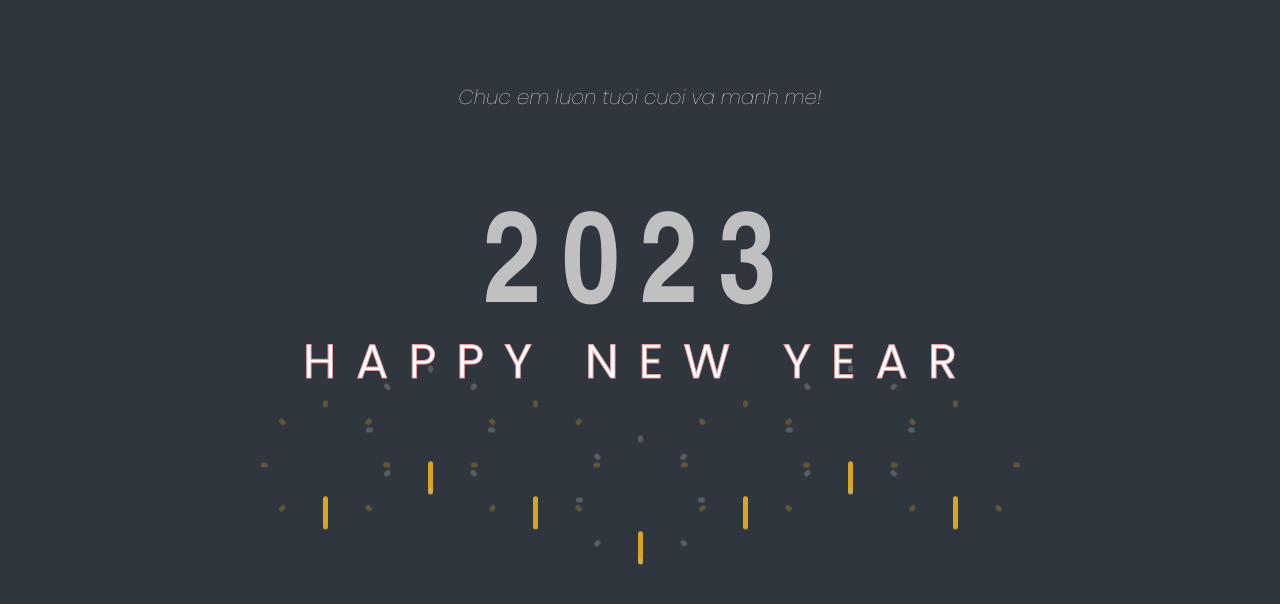
Repository: northpx/happyNY
Page: index.html
These files come from the project's save history. The page is drawn as it stood at one moment and after the next save; the edit follows.
The browser window is 1280 px wide. The pictures show the whole page.

Above is the page before, as saved 2022-12-31 13:26:55.

After the next save:
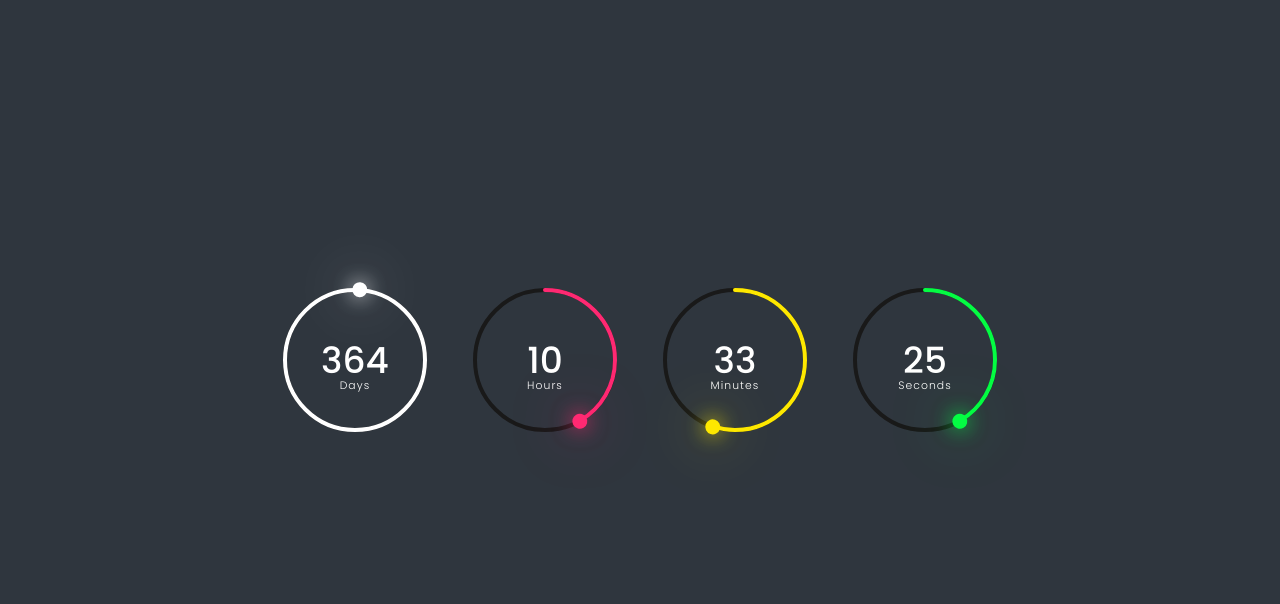
Saved 13 s later.
--- a/index.html
+++ b/index.html
@@ -244,7 +244,7 @@
         let min_dot = document.querySelector(".min_dot")
         let sec_dot = document.querySelector(".sec_dot")
 
-        let endDate = '12/31/2022 00:00:00'
+        let endDate = '12/31/2023 00:00:00'
 
         let x = setInterval(function(){
             let now = new Date(endDate).getTime();

After the 2 saves that followed:
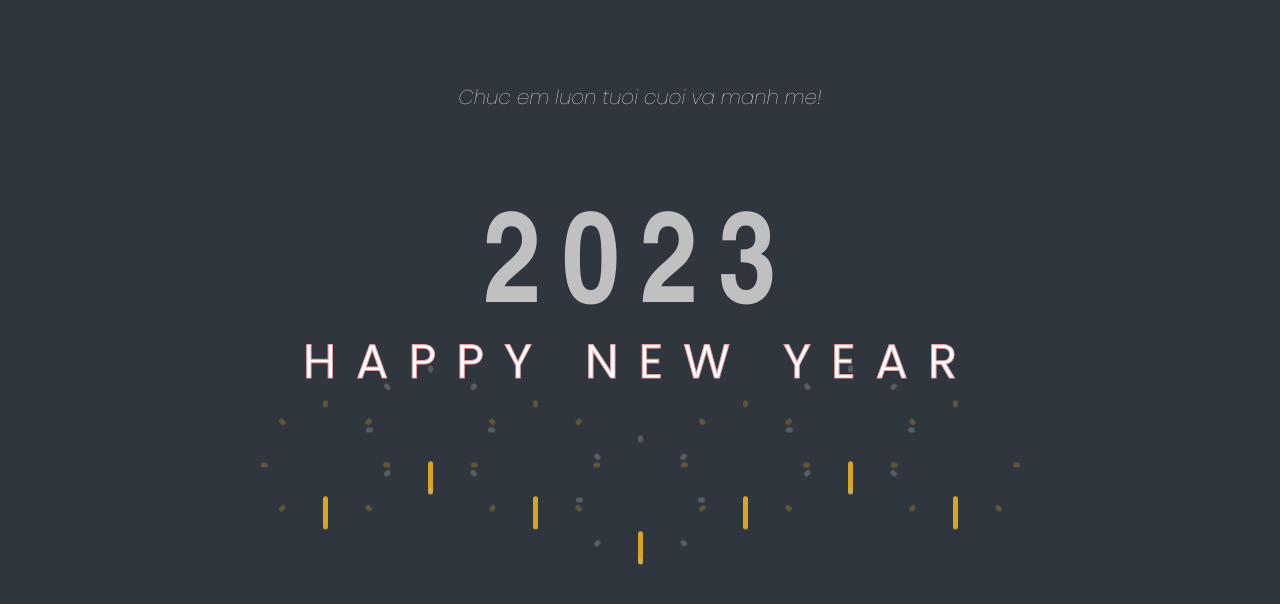
The 2 saves are shown as one change because they came seconds apart.
The last was saved 8 s later.
--- a/index.html
+++ b/index.html
@@ -244,7 +244,7 @@
         let min_dot = document.querySelector(".min_dot")
         let sec_dot = document.querySelector(".sec_dot")
 
-        let endDate = '12/31/2023 00:00:00'
+        let endDate = '12/31/2022 00:00:00'
 
         let x = setInterval(function(){
             let now = new Date(endDate).getTime();
